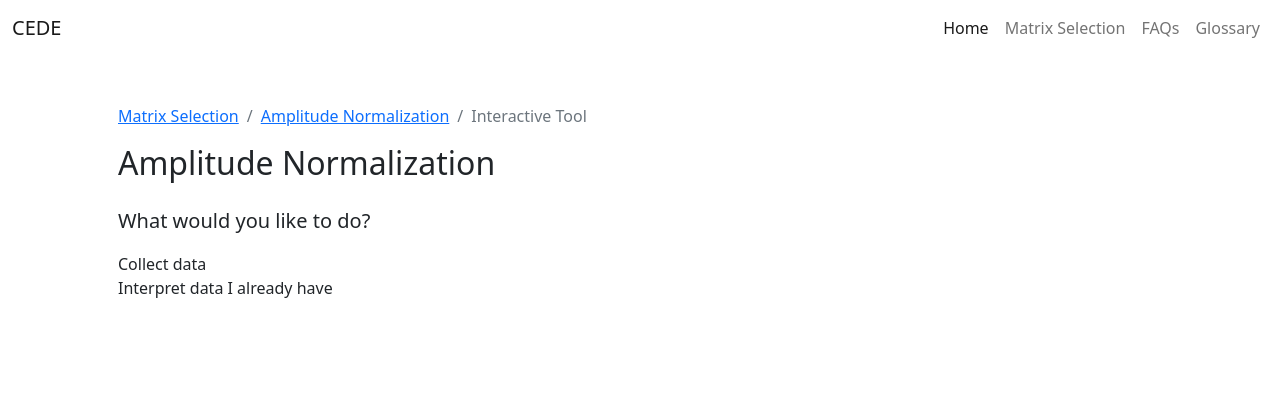
Repository: devashrisamani/CEDE-Website
Page: website/collectdata.html
These files come from the project's save history. The page is drawn as it stood at one moment and after the next save; the edit follows.
The browser window is 1280 px wide. The pictures show the whole page.

Above is the page before, as saved 2024-06-19 21:46:03.
Console error: TypeError: Cannot read properties of null (reading 'addEventListener')

After the next save:
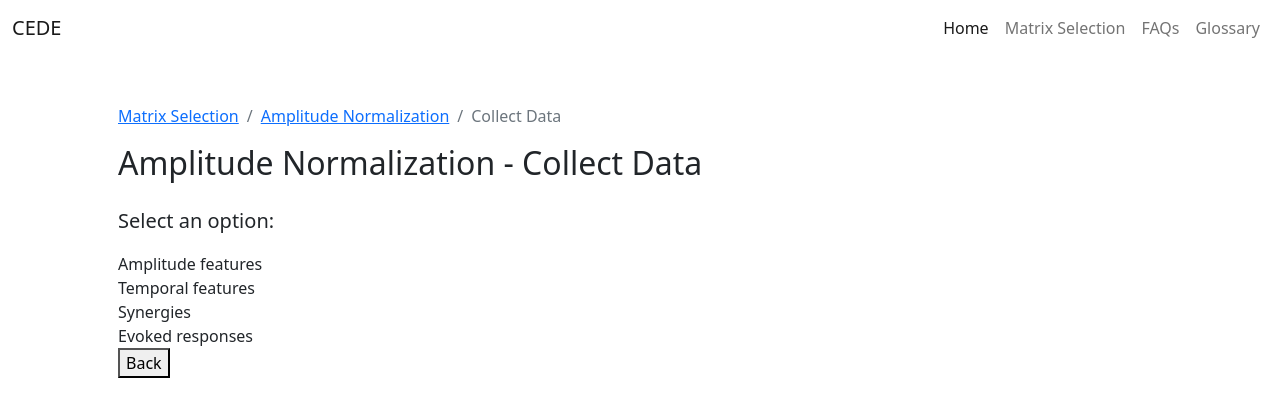
Saved 4 min 42 s later.
--- a/website/collectdata.html
+++ b/website/collectdata.html
@@ -3,7 +3,7 @@
   <head>
     <meta charset="UTF-8" />
     <meta name="viewport" content="width=device-width, initial-scale=1.0" />
-    <title>CEDE Decision Tree</title>
+    <title>Amplitude Normalization - Collect Data</title>
     <link
       href="https://cdn.jsdelivr.net/npm/bootstrap@5.1.3/dist/css/bootstrap.min.css"
       rel="stylesheet"
@@ -11,7 +11,7 @@
     <link rel="stylesheet" href="collectdata.css" />
   </head>
   <body>
-    <!-- Navigation Bar (consistent with other pages) -->
+    <!-- Navigation Bar (same as first page) -->
     <nav class="navbar navbar-expand-lg navbar-light bg-white">
       <div class="container-fluid">
         <a class="navbar-brand" href="#">CEDE</a>
@@ -44,26 +44,31 @@
     <div class="container mt-5 px-5">
       <nav aria-label="breadcrumb">
         <ol class="breadcrumb">
+          <li class="breadcrumb-item"><a href="#">Matrix Selection</a></li>
           <li class="breadcrumb-item">
-            <a href="index.html">Matrix Selection</a>
-          </li>
-          <li class="breadcrumb-item">
-            <a href="amplitude.html">Amplitude Normalization</a>
+            <a href="#">Amplitude Normalization</a>
           </li>
           <li class="breadcrumb-item active" aria-current="page">
-            Interactive Tool
+            Collect Data
           </li>
         </ol>
       </nav>
-      <h2 class="mb-4">Amplitude Normalization</h2>
-      <p class="lead">What would you like to do?</p>
+      <h2 class="mb-4">Amplitude Normalization - Collect Data</h2>
+      <p class="lead">Select an option:</p>
       <div class="options-container">
-        <div class="option" onclick="selectOption('collect-data')">
-          <span>Collect data</span>
+        <div class="option" onclick="selectOption('amplitude-features')">
+          <span>Amplitude features</span>
         </div>
-        <div class="option" onclick="selectOption('interpret-data')">
-          <span>Interpret data I already have</span>
+        <div class="option" onclick="selectOption('temporal-features')">
+          <span>Temporal features</span>
         </div>
+        <div class="option" onclick="selectOption('synergies')">
+          <span>Synergies</span>
+        </div>
+        <div class="option" onclick="selectOption('evoked-responses')">
+          <span>Evoked responses</span>
+        </div>
+        <button type="button" id="back-button" onclick="goBack()">Back</button>
       </div>
     </div>
 
